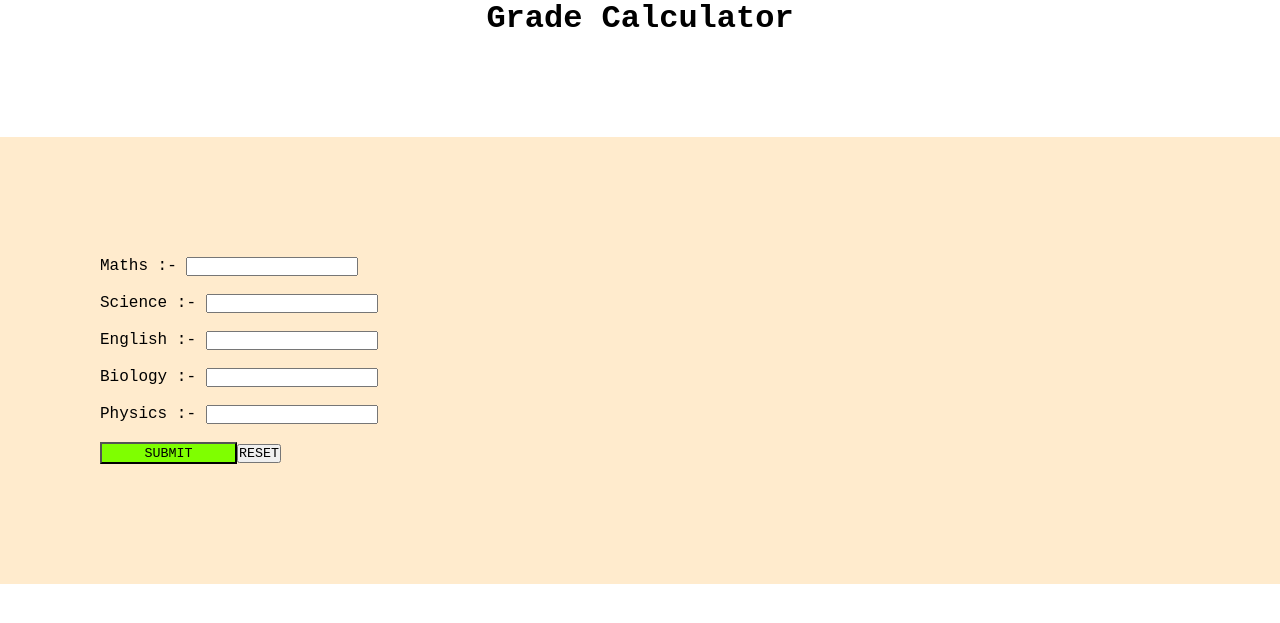
Repository: neelpatel6262/task-manager
Page: index.html
An editor plug-in stored every save of this project. The page is shown before and after the next save, followed by the edit.
The browser window is 1280 px wide. The pictures show the whole page.
Some web fonts or font styles are not loaded; a fallback is used.

Above is the page before, as saved 2025-07-17 16:00:33.

After the next save:
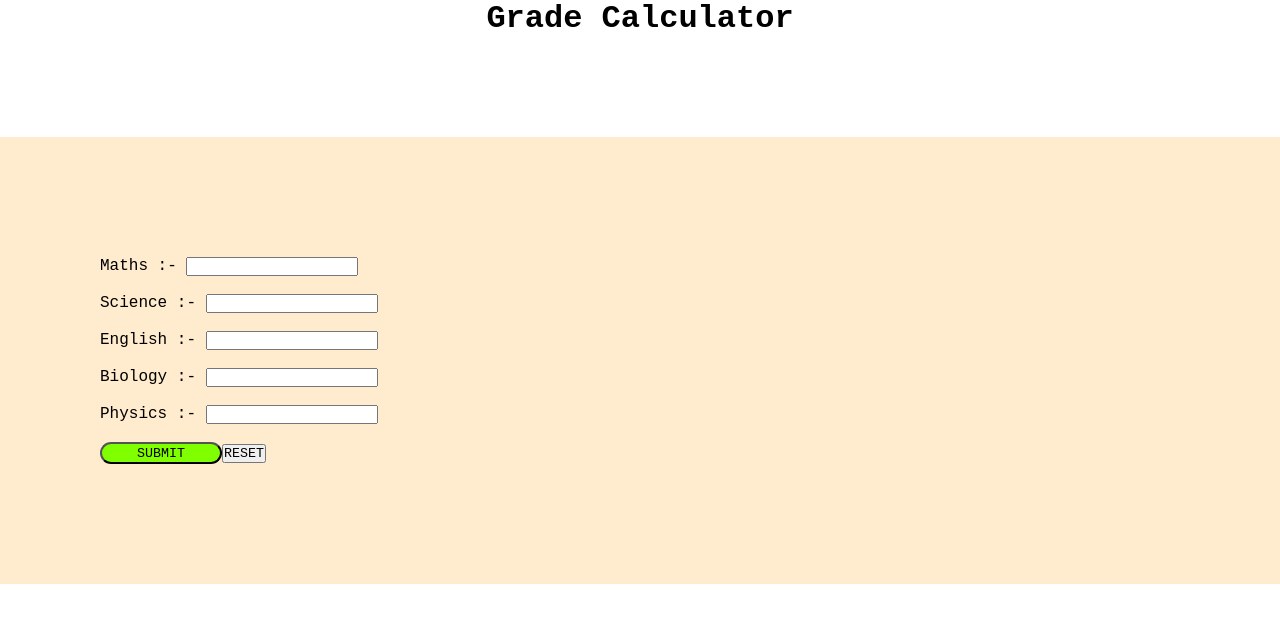
Saved 18 s later.
--- a/style.css
+++ b/style.css
@@ -25,6 +25,7 @@
 
 .primary{
   background-color: chartreuse;
-  width: 137px;
+  width: 122px;
   height: 22px;
+  border-radius: 12px;
 }
